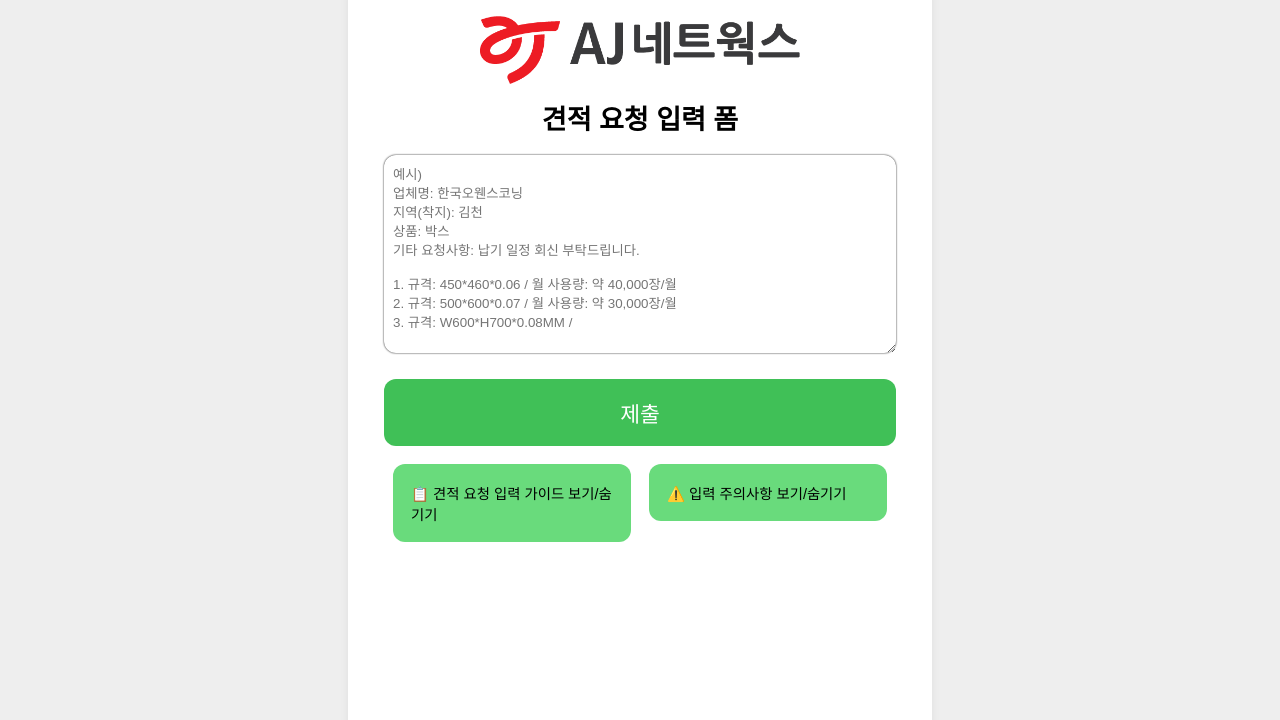
Repository: deul428/logis_test
Page: index.html
The author's editor kept a copy of each file at every save. The page is drawn from the files as they stood at one save, then again after the next save.
The browser window is 1280 px wide. The pictures show the whole page.
Some web fonts or font styles are not loaded; a fallback is used.

Above is the page before, as saved 2025-09-17 09:35:43.

After the next save:
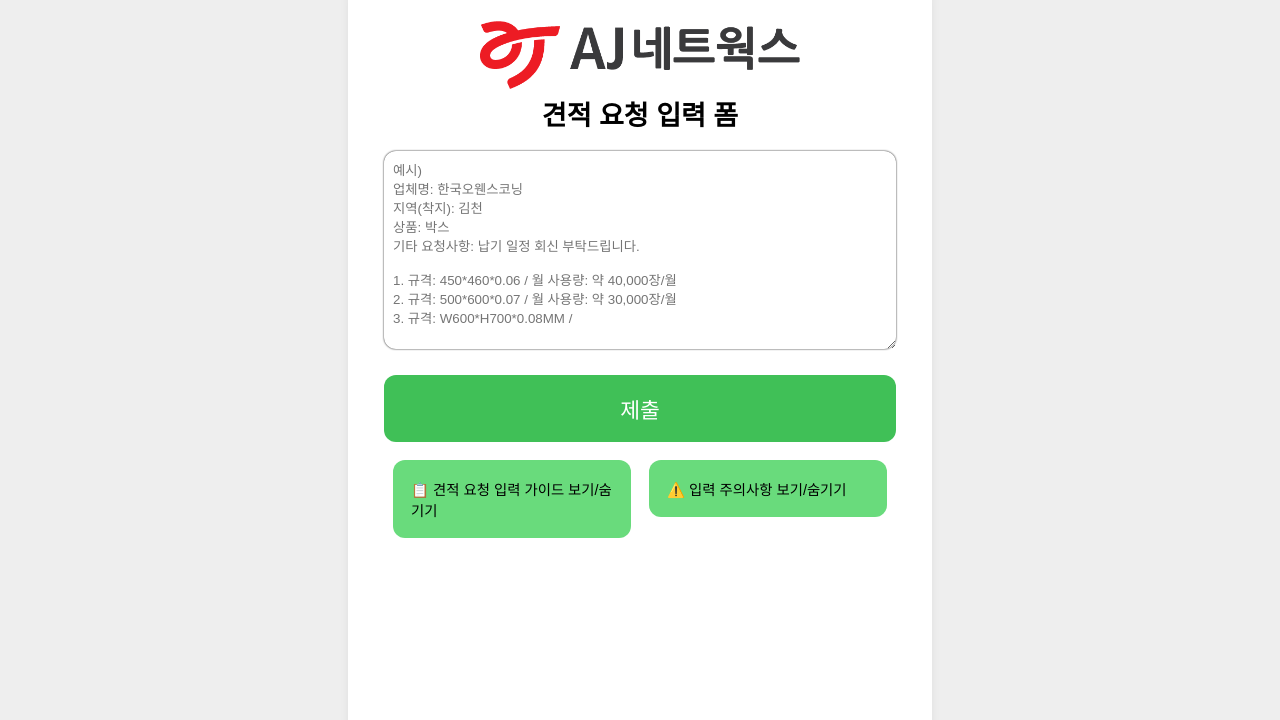
Saved 4 s later.
--- a/styles/common.css
+++ b/styles/common.css
@@ -40,7 +40,7 @@
 }
 
 #header h2 {
-  margin: 0.5rem 0 1rem;
+  margin: 0 0 1rem;
 }
 
 #input_area {
